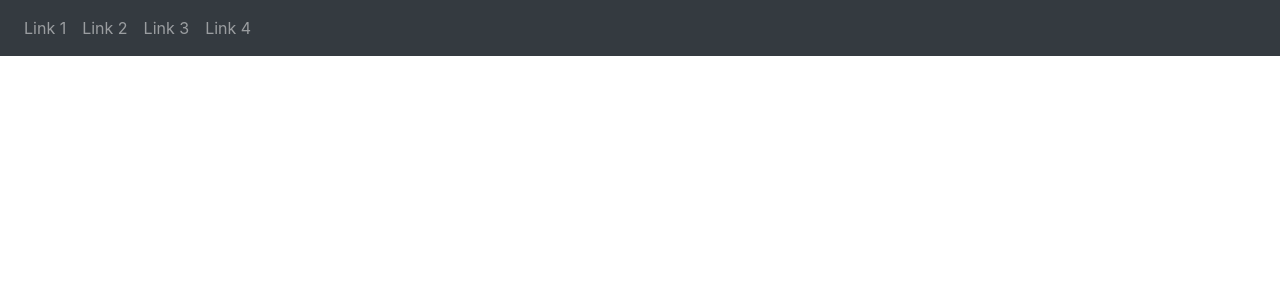
Repository: djzaragoza/bzbeemama
Page: index.html
The author's editor kept a copy of each file at every save. The page is drawn from the files as they stood at one save, then again after a run of saves.
The browser window is 1280 px wide. The pictures show the whole page.
Some web libraries are served in a nearby version.

Above is the page before, as saved 2020-04-06 07:11:29.

### index.html
<!DOCTYPE html>

    <head>
        <title>BzBeeMama</title>
        <meta charset="UTF-8">
        <meta name="viewport" content="width=device-width, initial-scale=1.0">
        <script src="https://code.jquery.com/jquery-2.1.3.min.js"></script>

        <link rel="stylesheet" href="index.css">
        <link rel="stylesheet" href="https://stackpath.bootstrapcdn.com/bootstrap/4.4.1/css/bootstrap.min.css" integrity="sha384-Vkoo8x4CGsO3+Hhxv8T/Q5PaXtkKtu6ug5TOeNV6gBiFeWPGFN9MuhOf23Q9Ifjh" crossorigin="anonymous">

    </head>

    <body>
        <!-- bg-priary, bg-success, bg-warning, bg-info, and bg-danger-->
        <nav class="navbar navbar-expand-md navbar-dark bg-dark">
            <ul class="navbar-nav">
                <li class="nav-item">
                    <a class="nav-link" href="#">Link 1</a>
                </li>
                <li class="nav-item">
                    <a class="nav-link" href="#">Link 2</a>
                </li>
                <li class="nav-item">
                    <a class="nav-link" href="#">Link 3</a>
                </li>
                <li class="nav-item">
                    <a class="nav-link" href="#">Link 4</a>
                </li>
            </ul>





    </body>




















</html>

### index.css
@import url('https://fonts.googleapis.com/css?family=Montserrat');

body {
    max-width: 100%;
    font-family: 'Montserrat', sans-serif;
}

After the next 2 saves:
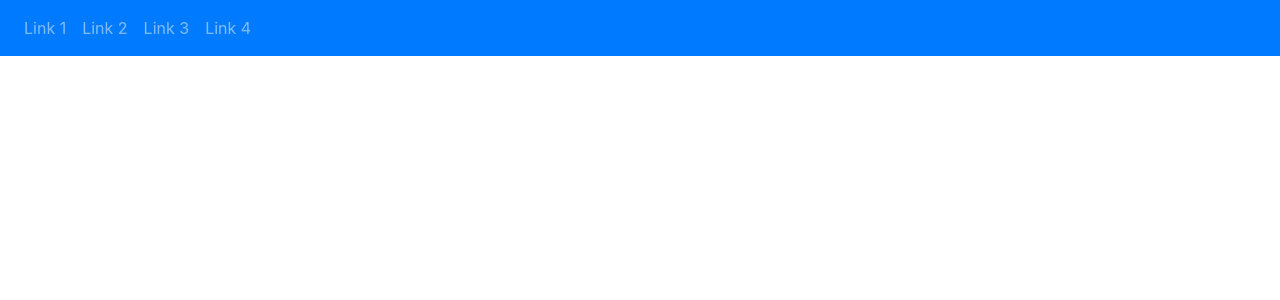
The 2 saves are shown as one change because they came seconds apart.
The last was saved 30 s later.
--- a/index.html
+++ b/index.html
@@ -13,7 +13,7 @@
 
     <body>
         <!-- bg-priary, bg-success, bg-warning, bg-info, and bg-danger-->
-        <nav class="navbar navbar-expand-md navbar-dark bg-dark">
+        <nav class="navbar navbar-expand-md navbar-dark bg-primary">
             <ul class="navbar-nav">
                 <li class="nav-item">
                     <a class="nav-link" href="#">Link 1</a>

After the save that followed:
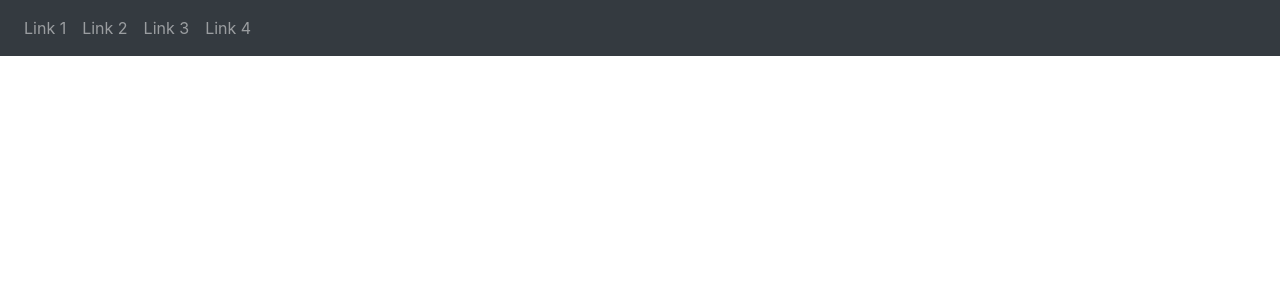
Saved 10 s later.
--- a/index.html
+++ b/index.html
@@ -13,7 +13,7 @@
 
     <body>
         <!-- bg-priary, bg-success, bg-warning, bg-info, and bg-danger-->
-        <nav class="navbar navbar-expand-md navbar-dark bg-primary">
+        <nav class="navbar navbar-expand-md navbar-dark bg-dark">
             <ul class="navbar-nav">
                 <li class="nav-item">
                     <a class="nav-link" href="#">Link 1</a>
